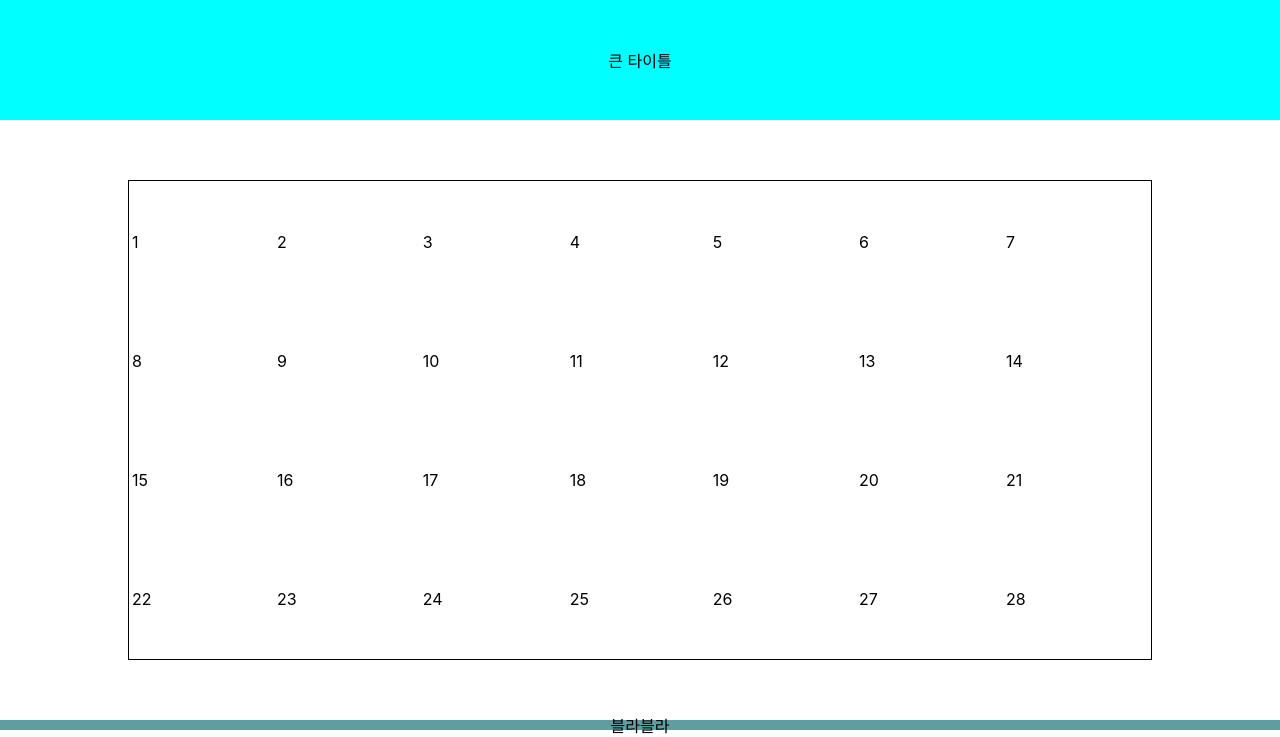
Repository: honeybong/SANGBONG
Page: /
The author's editor kept a copy of each file at every save. The page is drawn from the files as they stood at one save, then again after a run of saves.
The browser window is 1280 px wide. The pictures show the whole page.
The project was rebuilt for these pictures with package versions that can differ from the ones it lists, and the page was loaded fresh each time.

Above is the page before, as saved 2023-03-22 12:58:18.

### src/App.js
import './App.scss';
import { useState } from 'react';

const App = (props) => {
  // const getTableTr = () => {
  //   for (const i = 0; i > 7; i++) {
  //     return (
  //       <>
  //         <td>i</td>
  //       </>
  //     )
  //   }

  // }
  return (
    <div className='test'>
      <header className='test-header'>
        <div className='header-title'>
          큰 타이틀
        </div>
      </header>
      <body className='test-body'>
        <div className='body-container'>
          {/* <div className='scheduler' /> */}
          <table className='scheduler'>
            <tr>
              <td>1</td>
              <td>2</td>
              <td>3</td>
              <td>4</td>
              <td>5</td>
              <td>6</td>
              <td>7</td>
            </tr>
            <tr>
              <td>8</td>
              <td>9</td>
              <td>10</td>
              <td>11</td>
              <td>12</td>
              <td>13</td>
              <td>14</td>
            </tr>
            <tr>
              <td>15</td>
              <td>16</td>
              <td>17</td>
              <td>18</td>
              <td>19</td>
              <td>20</td>
              <td>21</td>
            </tr>
            <tr>
              <td>22</td>
              <td>23</td>
              <td>24</td>
              <td>25</td>
              <td>26</td>
              <td>27</td>
              <td>28</td>
            </tr>
          </table>
        </div>
      </body>
      <footer className='test-footer'>
        <div className='test-mes'>
          블라블라
        </div>
      </footer>
    </div>
  );
}

export default App;

### src/App.scss
.test {}
.test-header {
  .header-title {
    background-color: aqua;
    text-align: center;
    display: flex;
    height: 120px;
    justify-content: center;
    align-items: center;
  }
}
.test-body {
  .body-container {
    width: 100%;
    height: 600px;
    display: flex;
    justify-content: center;
    align-items: center;
    flex-direction: column;
    .scheduler {
      width: 80%;
      height: 80%;
      border: 1px solid black;
    }
  }
}
.test-footer {
  .test-mes {
    background-color: cadetblue;
    text-align: center;
    display: flex;
    height: 10px;
    justify-content: center;
    align-items: center;
  }
}

Loaded but not shown: public/index.html (common file); src/index.js (common file); src/index.css (common file); src/reportWebVitals.js (common file)

After the next 2 saves:
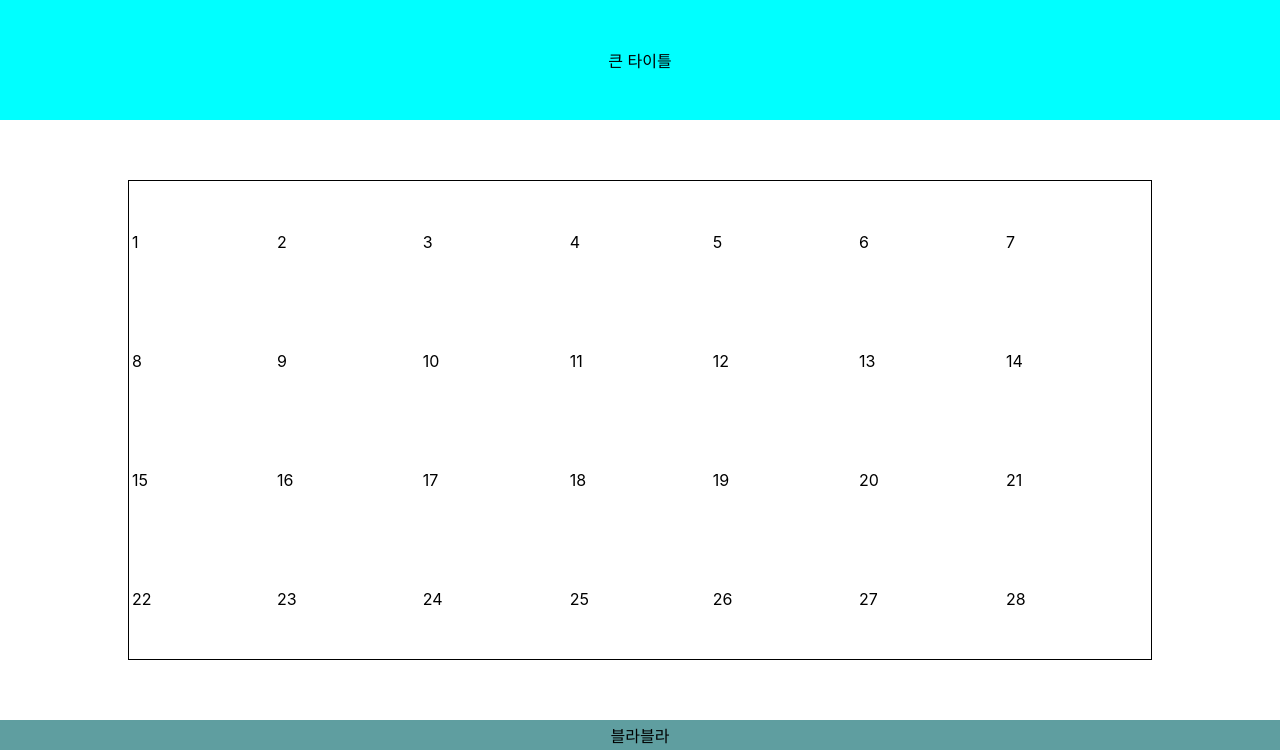
The 2 saves are shown as one change because they came seconds apart.
The last was saved 7 s later.
--- a/src/App.scss
+++ b/src/App.scss
@@ -29,7 +29,7 @@
     background-color: cadetblue;
     text-align: center;
     display: flex;
-    height: 10px;
+    height: 30px;
     justify-content: center;
     align-items: center;
   }
